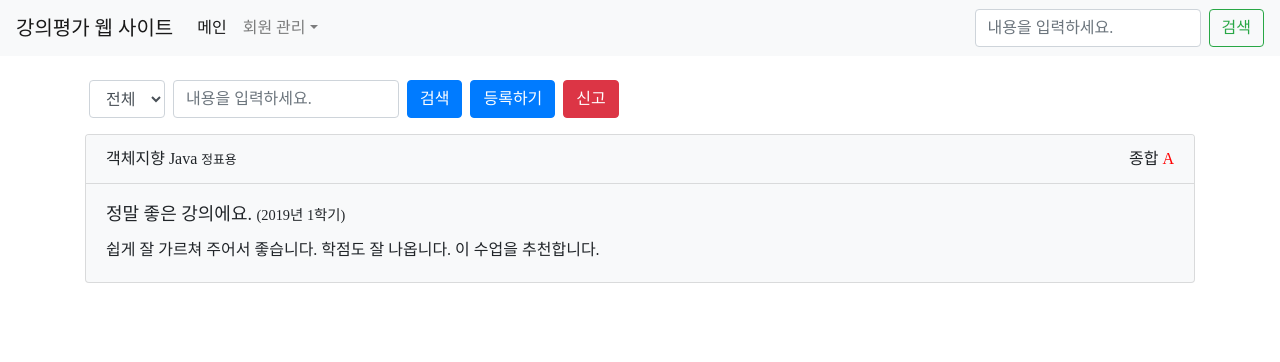
Repository: sur2/JSP-Lecture-Evaluation
Page: http://localhost/Lecture_Evaluation/userJoin.jsp
The author's editor kept a copy of each file at every save. The page is drawn from the files as they stood at one save, then again after the next save.
The browser window is 1280 px wide. The pictures show the whole page.
Some web fonts or font styles are not loaded; a fallback is used. The page is served by Tomcat 9.

Above is the page before, as saved 2020-01-03 09:49:08.

After the next save:
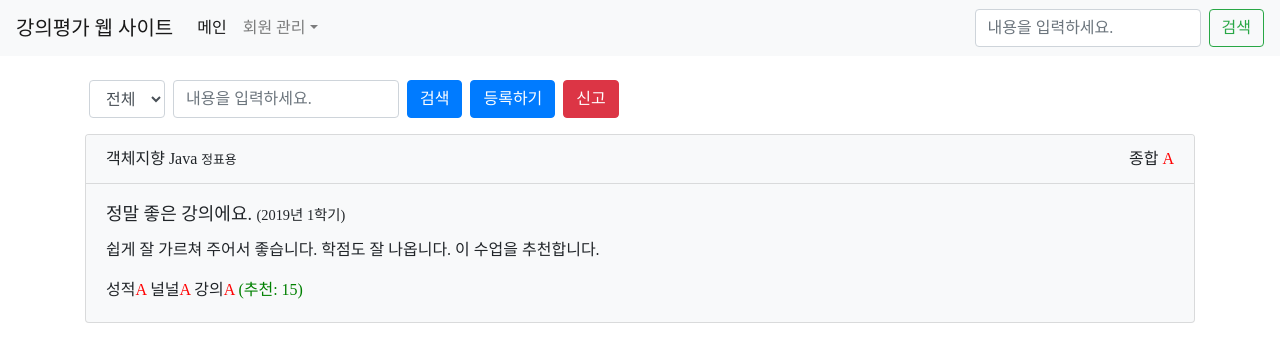
Saved 2 min 27 s later.
--- a/Lecture Evaluation/WebContent/userJoin.jsp
+++ b/Lecture Evaluation/WebContent/userJoin.jsp
@@ -65,6 +65,14 @@
 			<div class="card-body">
 				<h5 class="card-title">정말 좋은 강의에요.&nbsp;<small>(2019년 1학기)</small></h5>
 				<p class="card-text">쉽게 잘 가르쳐 주어서 좋습니다. 학점도 잘 나옵니다. 이 수업을 추천합니다.</p>
+				<div class="row">
+					<div class="col-9 text-left">
+						성적<span style="color: red;">A</span>
+						널널<span style="color: red;">A</span>
+						강의<span style="color: red;">A</span>
+						<span style="color: green;">(추천: 15)</span>
+					</div>
+				</div>
 			</div>
 		</div>
 	</section>
